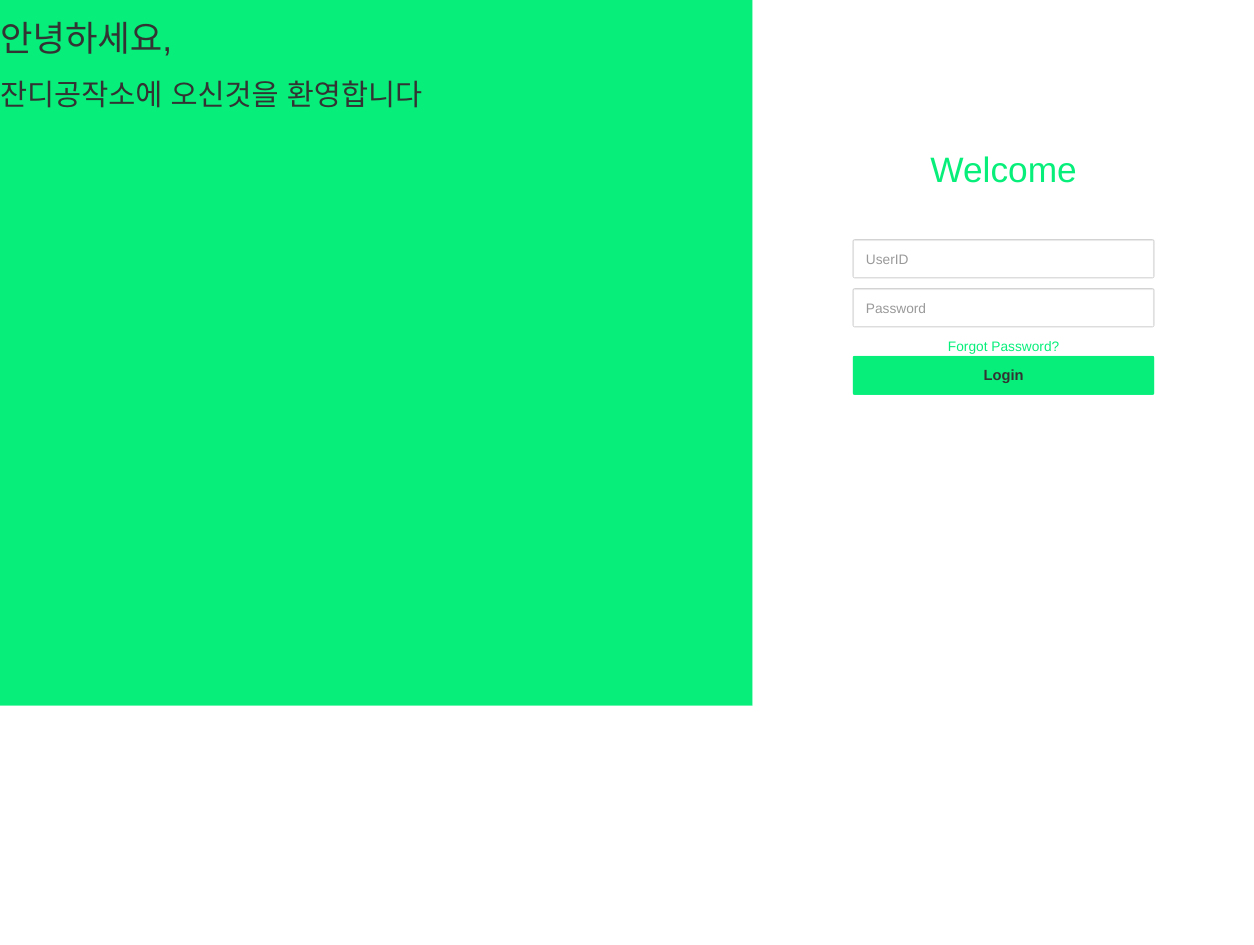
Repository: guddus326/Grass_Farm
Page: http://localhost/Grass_Farm/Index.jsp
The author's editor kept a copy of each file at every save. The page is drawn from the files as they stood at one save, then again after the next save.
The browser window is 1280 px wide. The pictures show the whole page, at 98% of full size.
The page is served by Tomcat 9.

Above is the page before, as saved 2021-03-16 15:24:46.

After the next save:
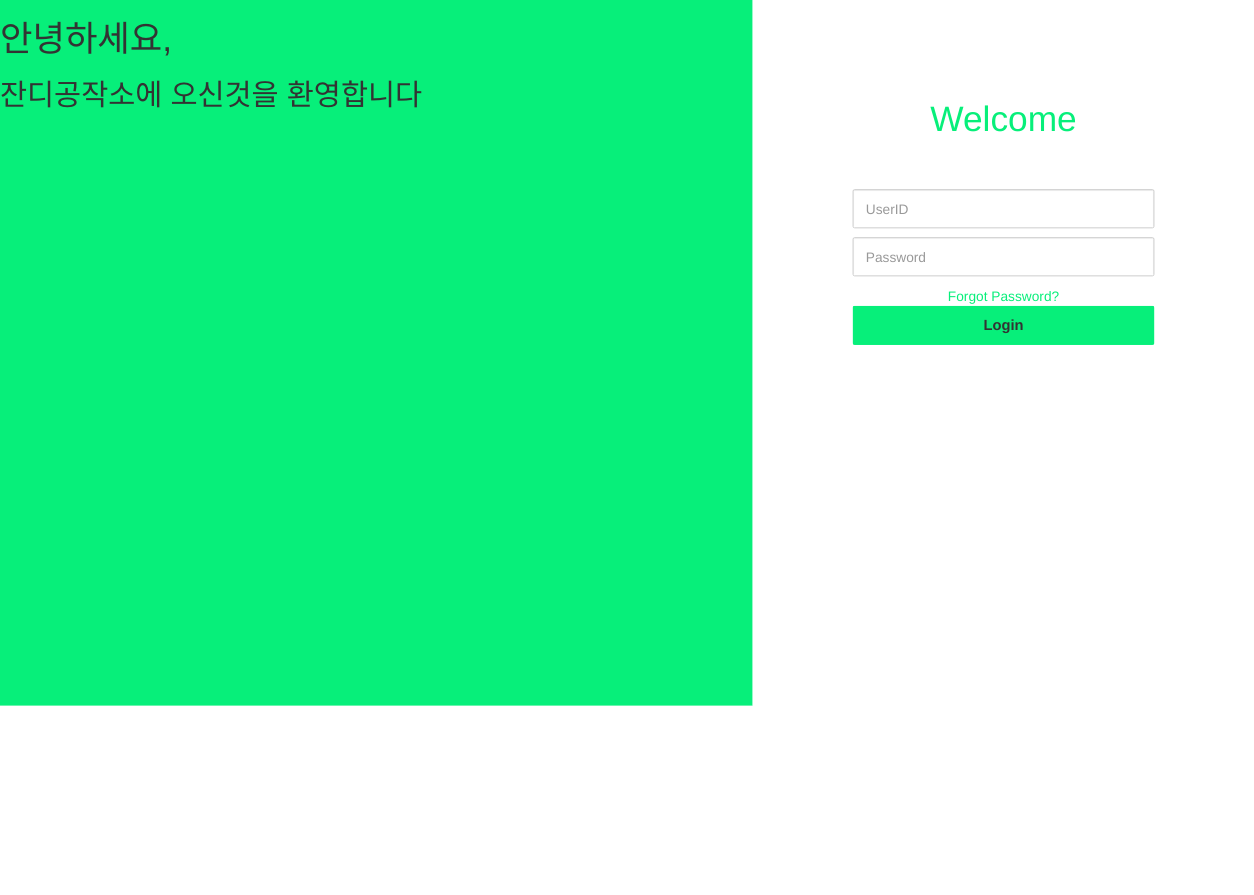
Saved 19 h 1 min later.
--- a/Grass_Farm/Grass_Farm/WebContent/Index.jsp
+++ b/Grass_Farm/Grass_Farm/WebContent/Index.jsp
@@ -45,7 +45,7 @@
     	}
     	h1.welcome{
     		text-align: center;
-    		margin-top: 30%;
+    		margin-top: 20%;
     		color:#07ef7a
     	}
      	body {
